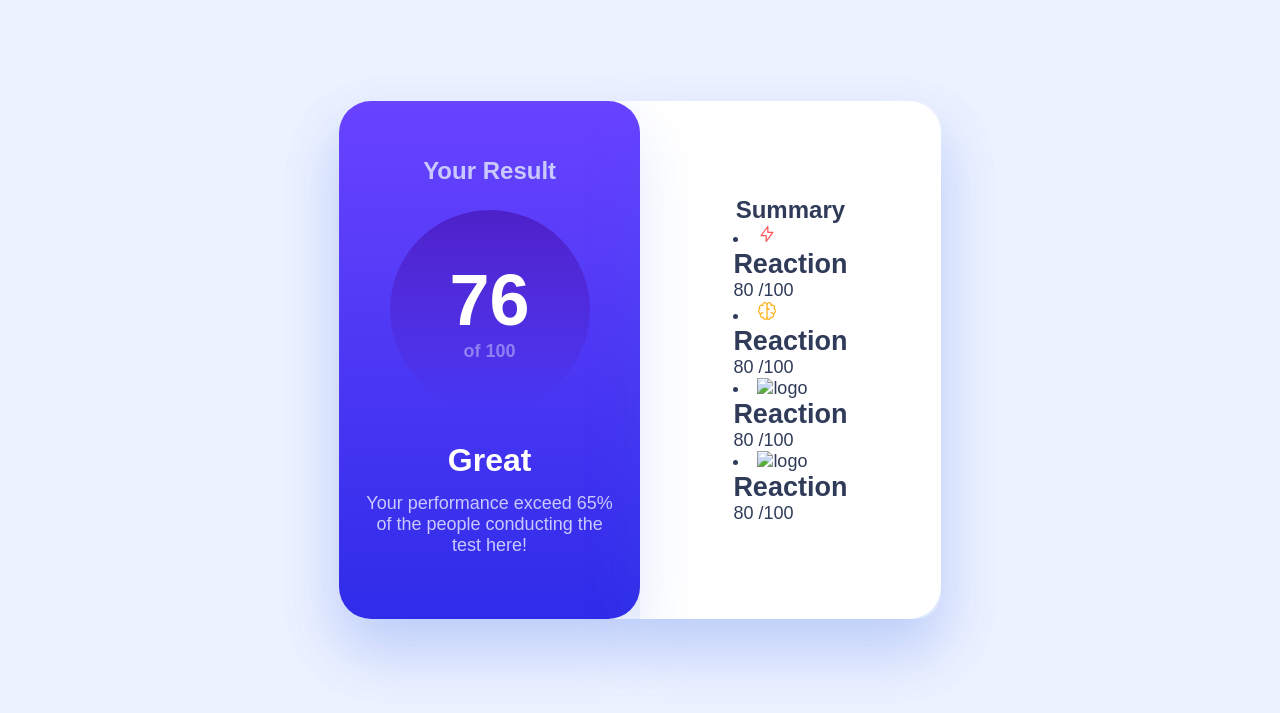
Repository: KamoliddinGIT/result-summary
Page: index.html
The author's editor kept a copy of each file at every save. The page is drawn from the files as they stood at one save, then again after a run of saves.
The browser window is 1280 px wide. The pictures show the whole page.
Some web fonts or font styles are not loaded; a fallback is used.

Above is the page before, as saved 2023-09-08 15:58:54.

### index.html
<!DOCTYPE html>
<html lang="en">
  <head>
    <meta charset="UTF-8" />
    <meta name="viewport" content="width=device-width, initial-scale=1.0" />
    <link
      rel="icon"
      type="image/png"
      sizes="32x32"
      href="./assets/images/favicon-32x32.png"
    />
    <link rel="stylesheet" href="css/style.css" />
    <title>Frontend Mentor | Results summary component</title>
  </head>
  <body>
    <div class="container">
      <div class="result-box">
        <h1 class="result__heading">Your Result</h1>
        <div class="result__score">
          <h1>76</h1>
          <span>of 100</span>
        </div>
        <div class="result__comment">
          <h1>Great</h1>
          <p>
            Your performance exceed 65% of the people conducting the test here!
          </p>
        </div>
      </div>
      <div class="summary-box">
        <h1 class="summary__title">Summary</h1>
        <div class="summary__stats">
          <li>
            <img src="./assets/images/icon-reaction.svg" alt="logo" />
            <h2>Reaction</h2>
            <span>80 /100</span>
          </li>
          <li>
            <img src="./assets/images/icon-memory.svg" alt="logo" />
            <h2>Reaction</h2>
            <span>80 /100</span>
          </li>
          <li>
            <img src="" alt="logo" />
            <h2>Reaction</h2>
            <span>80 /100</span>
          </li>
          <li>
            <img src="" alt="logo" />
            <h2>Reaction</h2>
            <span>80 /100</span>
          </li>
        </div>
      </div>
    </div>

    <script src="js/index.js"></script>
  </body>
</html>

### css/style.css
/* FONT-FACE */
@font-face {
  font-family: "Hanken Grotesk";
  src: url("../fonts/HankenGrotesk-ExtraBold.woff2") format("woff2"),
    url("../fonts/HankenGrotesk-ExtraBold.woff") format("woff");
  font-weight: bold;
  font-style: normal;
  font-display: swap;
}

@font-face {
  font-family: "Hanken Grotesk";
  src: url("../fonts/HankenGrotesk-Medium.woff2") format("woff2"),
    url("../fonts/HankenGrotesk-Medium.woff") format("woff");
  font-weight: 500;
  font-style: normal;
  font-display: swap;
}

@font-face {
  font-family: "Hanken Grotesk";
  src: url("../fonts/HankenGrotesk-Bold.woff2") format("woff2"),
    url("../fonts/HankenGrotesk-Bold.woff") format("woff");
  font-weight: bold;
  font-style: normal;
  font-display: swap;
}

* {
  margin: 0;
  padding: 0;
  box-sizing: border-box;
}

body {
  display: flex;
  flex-direction: column;
  justify-content: center;
  align-items: center;
  height: 100vh;
  padding: 0;
  margin: 0;
  font-family: "Hanken Grotesk", "Arial", sans-serif;
  font-size: 18px;
  font-weight: 500;
  line-height: normal;
  background-color: #ecf2ff;
  color: #303b59;
}

.container {
  width: 47%;
  display: flex;
  justify-content: center;
  align-items: center;
  height: 72%;
  background-color: #ffffff;
  box-shadow: 0px 30px 60px 0px rgba(61, 108, 236, 0.15);
  border-radius: 32px;
}

.result-box {
  width: 50%;
  height: 100%;
  border-radius: 32px;
  box-shadow: 0px 30px 60px 0px rgba(61, 108, 236, 0.15);
  background-image: linear-gradient(
    180deg,
    #75f 0%,
    #6943ff 0.01%,
    #2f2ce9 100%
  );
  color: #cac9ff;
  box-shadow: 0px 30px 60px 0px rgba(61, 108, 236, 0.15);
  display: flex;
  flex-direction: column;
  align-items: center;
  justify-content: center;
  gap: 25px;
}

.summary-box {
  display: flex;
  flex-direction: column;
  align-items: center;
  justify-content: center;
  width: 50%;
  height: 100%;
  border-radius: 0 25px 25px 0;
  box-shadow: 0px 30px 60px 0px rgba(61, 108, 236, 0.15);
}

.result__heading {
  font-size: 24px;
}

.result__score {
  display: flex;
  flex-direction: column;
  justify-content: center;
  align-items: center;
  width: 200px;
  height: 200px;
  border-radius: 50%;
  background-image: linear-gradient(
    180deg,
    #4d21c9 0%,
    rgba(37, 33, 201, 0) 100%,
    rgba(37, 33, 201, 0) 100%
  );
}

.result__score h1 {
  font-size: 72px;
  color: #ffffff;
}

.result__score span {
  color: #cac9ff;
  font-weight: 700;
  opacity: 0.5168;
  font-size: 18px;
}

.result__comment {
  display: flex;
  justify-content: space-around;
  align-items: center;
  flex-direction: column;
  text-align: center;
  width: 260px;
  height: 127px;
}

.result__comment h1 {
  font-size: 32px;
  color: #ffffff;
}

.result__comment p {
  font-size: 18px;
  color: #cac9ff;
  font-weight: 500;
  line-height: normal;
}

.summary__title {
  color: #303b59;
  font-size: 24px;
  font-weight: bold;
}

### js/index.js
"use strict";

const data = [
  {
    category: "Reaction",
    score: 80,
    icon: "img/icon-reaction.svg",
  },
  {
    category: "Memory",
    score: 92,
    icon: "img/icon-memory.svg",
  },
  {
    category: "Verbal",
    score: 61,
    icon: "img/icon-verbal.svg",
  },
  {
    category: "Visual",
    score: 72,
    icon: "img/icon-visual.svg",
  },
];

After the next 2 saves:
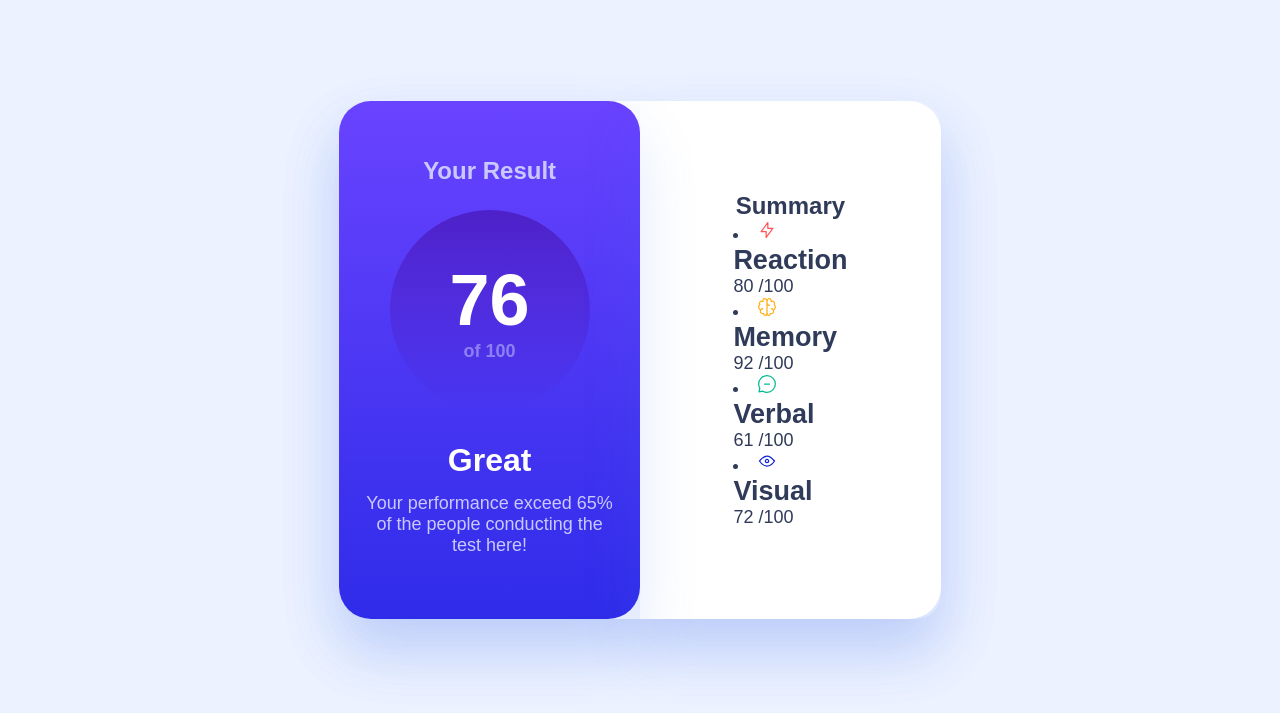
The 2 saves are shown as one change because they came seconds apart.
The last was saved 47 s later.
--- a/index.html
+++ b/index.html
@@ -37,18 +37,18 @@
           </li>
           <li>
             <img src="./assets/images/icon-memory.svg" alt="logo" />
-            <h2>Reaction</h2>
-            <span>80 /100</span>
+            <h2>Memory</h2>
+            <span>92 /100</span>
           </li>
           <li>
-            <img src="" alt="logo" />
-            <h2>Reaction</h2>
-            <span>80 /100</span>
+            <img src="./assets/images/icon-verbal.svg" alt="logo" />
+            <h2>Verbal</h2>
+            <span>61 /100</span>
           </li>
           <li>
-            <img src="" alt="logo" />
-            <h2>Reaction</h2>
-            <span>80 /100</span>
+            <img src="/assets/images/icon-visual.svg" alt="logo" />
+            <h2>Visual</h2>
+            <span>72 /100</span>
           </li>
         </div>
       </div>
